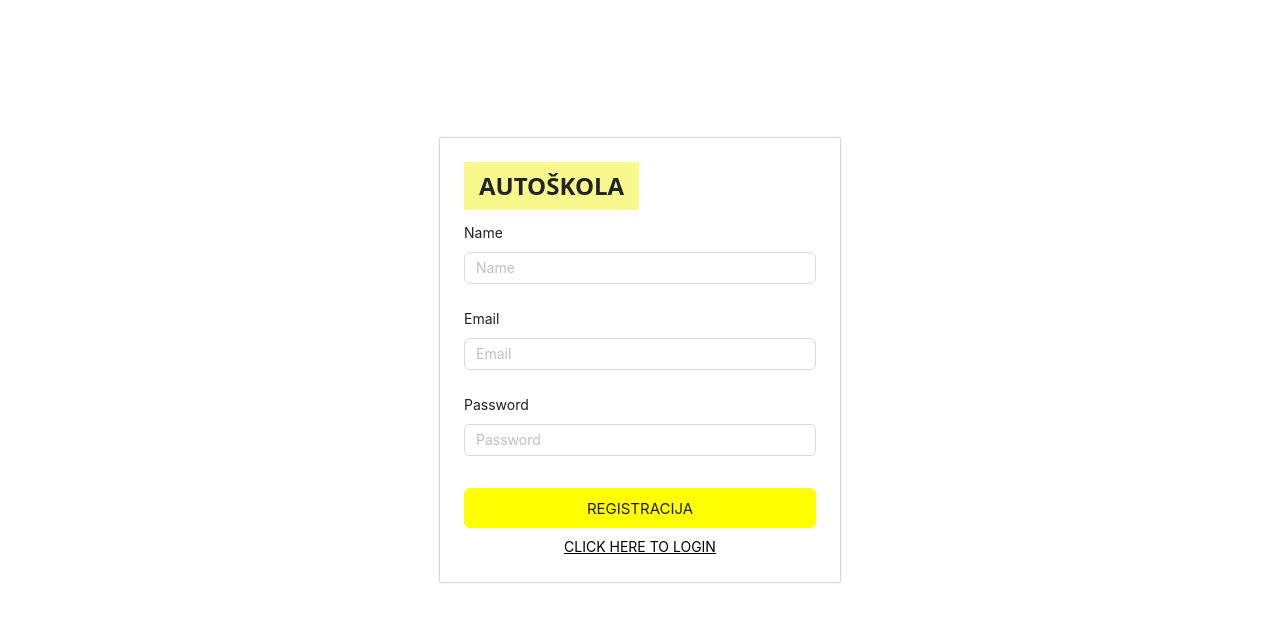
Repository: jbabicsus/okviri
Page: /registracija (app in autoskola/)
The author's editor kept a copy of each file at every save. The page is drawn from the files as they stood at one save, then again after the next save.
The browser window is 1280 px wide. The pictures show the whole page.
The project was rebuilt for these pictures with package versions that can differ from the ones it lists, and the page was loaded fresh each time. Also part of the build but not shown: autoskola/src/stranice/Login.js.

Above is the page before, as saved 2024-05-12 14:19:36.

### autoskola/public/index.html
<!DOCTYPE html>
<html lang="en">
  <head>
    <meta charset="utf-8" />
    <link rel="icon" href="%PUBLIC_URL%/favicon.ico" />
    <meta name="viewport" content="width=device-width, initial-scale=1" />
    <meta name="theme-color" content="#000000" />
    <meta
      name="description"
      content="Web site created using create-react-app"
    />
    <link rel="apple-touch-icon" href="%PUBLIC_URL%/logo192.png" />

    <link rel="manifest" href="%PUBLIC_URL%/manifest.json" />

    <link href="https://cdn.jsdelivr.net/npm/bootstrap@5.3.3/dist/css/bootstrap.min.css" rel="stylesheet" integrity="sha384-QWTKZyjpPEjISv5WaRU9OFeRpok6YctnYmDr5pNlyT2bRjXh0JMhjY6hW+ALEwIH" crossorigin="anonymous">

    <title>React App</title>
  </head>
  <body>
    <noscript>You need to enable JavaScript to run this app.</noscript>
    <div id="root"></div>

  </body>
</html>

### autoskola/src/index.js
import React from 'react';
import ReactDOM from 'react-dom/client';
import './index.css';
import 'antd/dist/reset.css';
import App from './App';
import reportWebVitals from './reportWebVitals';

const root = ReactDOM.createRoot(document.getElementById('root'));
root.render(
  <React.StrictMode>
    <App />
  </React.StrictMode>
);

// If you want to start measuring performance in your app, pass a function
// to log results (for example: reportWebVitals(console.log))
// or send to an analytics endpoint. Learn more: https://bit.ly/CRA-vitals
reportWebVitals();

### autoskola/src/index.css
input{
  border-radius: 0;
  border: 1px solid gray;
}


/* cijela app*/

.kartica-naslov{
  font-size: 1.5rem;
  font-weight: bold;
}
.normal-text{
  font-size: 1rem;
}

.registracija-btn{
  background-color: yellow;
  border-color: yellow;
  height: 40px;
  width: 100%;
  font-size: 15px;
}

.a{
  color: black;
  text-decoration: underline;
  font: 15px;
  margin-left: 100px;

}



/* autentifikacija */
.autentifikacija{
  height: 100vh;
  display: flex;
  align-items: center;
  justify-content: center;
}

.kartica{
  width: 400px;
  box-shadow: 0 0 2px gray;
  border-radius: 0;
}

.autentifikacija .kartica-naslov{
  font-weight: bold;
  background-color: rgb(248, 248, 141);
  max-width: max-content;
  padding: 10px 15px;
}

### autoskola/src/App.js
import React from 'react';
import 'antd/dist/reset.css';
import {Routes, Route, BrowserRouter} from 'react-router-dom'
import Login from './stranice/Login'
import Registracija from './stranice/Registracija'
import {Button} from 'antd'
function App() {
  return (
    <BrowserRouter>
      <Routes>
        <Route path='/login' element={<Login />}/>
        <Route path='/registracija' element={<Registracija />}/>



      </Routes>
    </BrowserRouter>
  );
}

export default App;

### autoskola/src/stranice/Registracija.js

import {Button , Form, Input, Link} from 'antd';
import React from 'react';

function Registracija(){
    return(
        <div className='autentifikacija'>
            <div className='kartica p-4'>
                <h1 className='kartica-naslov'>AUTOŠKOLA</h1>
                <Form layout='vertical'>
                    <Form.Item label='Name' name='name'>
                        <Input placeholder='Name'/>
                    </Form.Item>

                    <Form.Item label='Email' name='email'>
                        <Input placeholder='Email'/>
                    </Form.Item>

                    <Form.Item label='Password' name='password'>
                        <Input placeholder='Password'/>
                    </Form.Item>

                    <Button className='registracija-btn my-2'>REGISTRACIJA</Button>

                    <a href='/login' className='a mt-4'>CLICK HERE TO LOGIN</a>
                </Form>

            </div>
        </div>
    )
}

export default Registracija

Loaded but not shown: autoskola/src/reportWebVitals.js (common file)

After the next save:
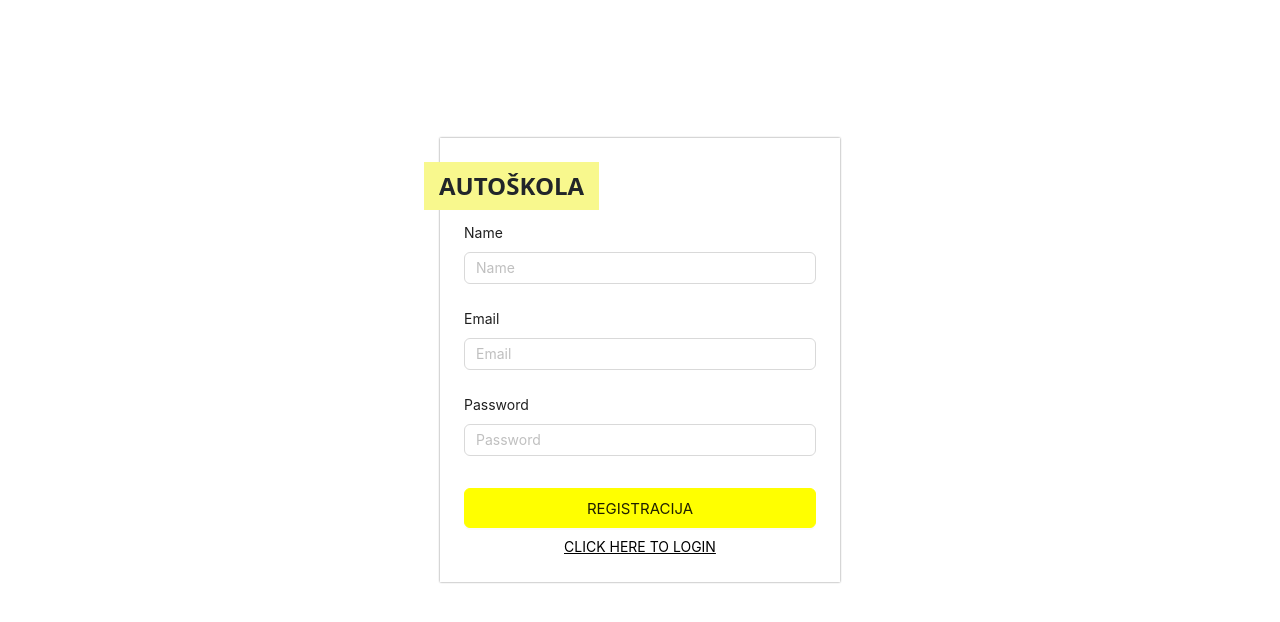
Saved 16 s later.
--- a/autoskola/src/index.css
+++ b/autoskola/src/index.css
@@ -51,4 +51,5 @@ input{
   background-color: rgb(248, 248, 141);
   max-width: max-content;
   padding: 10px 15px;
+  margin-left: -40px;
 }
